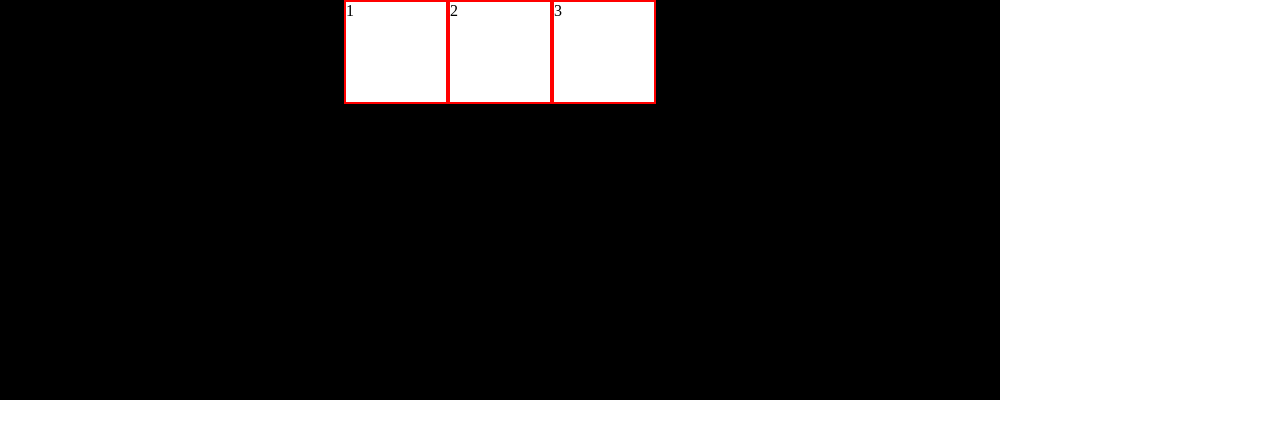
Repository: elourenco001/cursoweb
Page: DisplayFlex/index.html
An editor plug-in stored every save of this project. The page is shown before and after the next save, followed by the edit.
The browser window is 1280 px wide. The pictures show the whole page.

Above is the page before, as saved 2023-01-30 14:56:17.

After the next save:
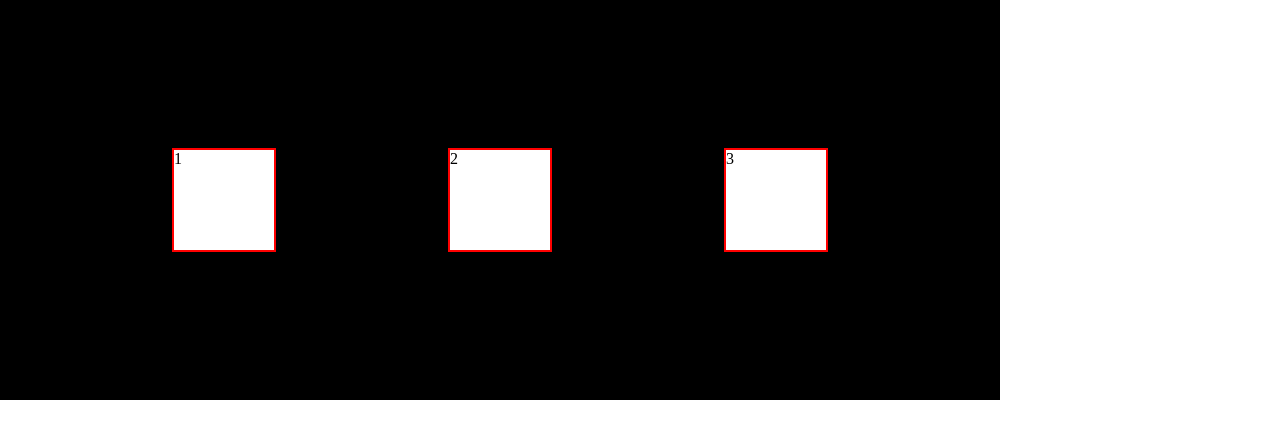
Saved 5 min 2 s later.
--- a/DisplayFlex/styles.css
+++ b/DisplayFlex/styles.css
@@ -9,8 +9,8 @@
     background-color: black;
     display: flex; /*Alinhar as caixas lado a lado*/
     /*flex-direction: column-reverse; /*Inverter a posição das caixas*/
-    justify-content: center;
-}
+    justify-content: space-evenly;
+    align-items: center;
 
 .caixa{
     width: 100px;
